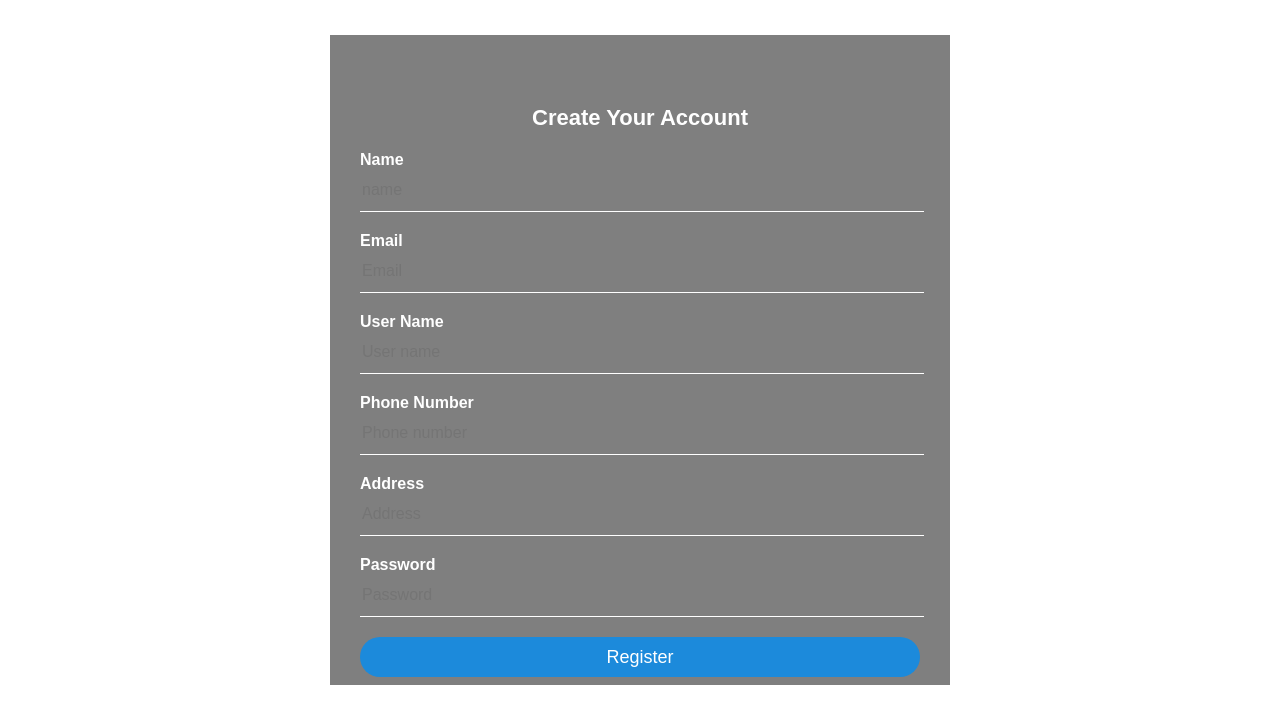
Repository: GamithaManawadu/RentJet-Online-Vehicle-Rental-System
Page: http://localhost/CustomerRegistration/customerinsert.jsp
An editor plug-in stored every save of this project. The page is shown before and after the next save, followed by the edit.
The browser window is 1280 px wide. The pictures show the whole page.
The page is served by Tomcat 9.

Above is the page before, as saved 2020-05-12 11:12:45.

After the next save:
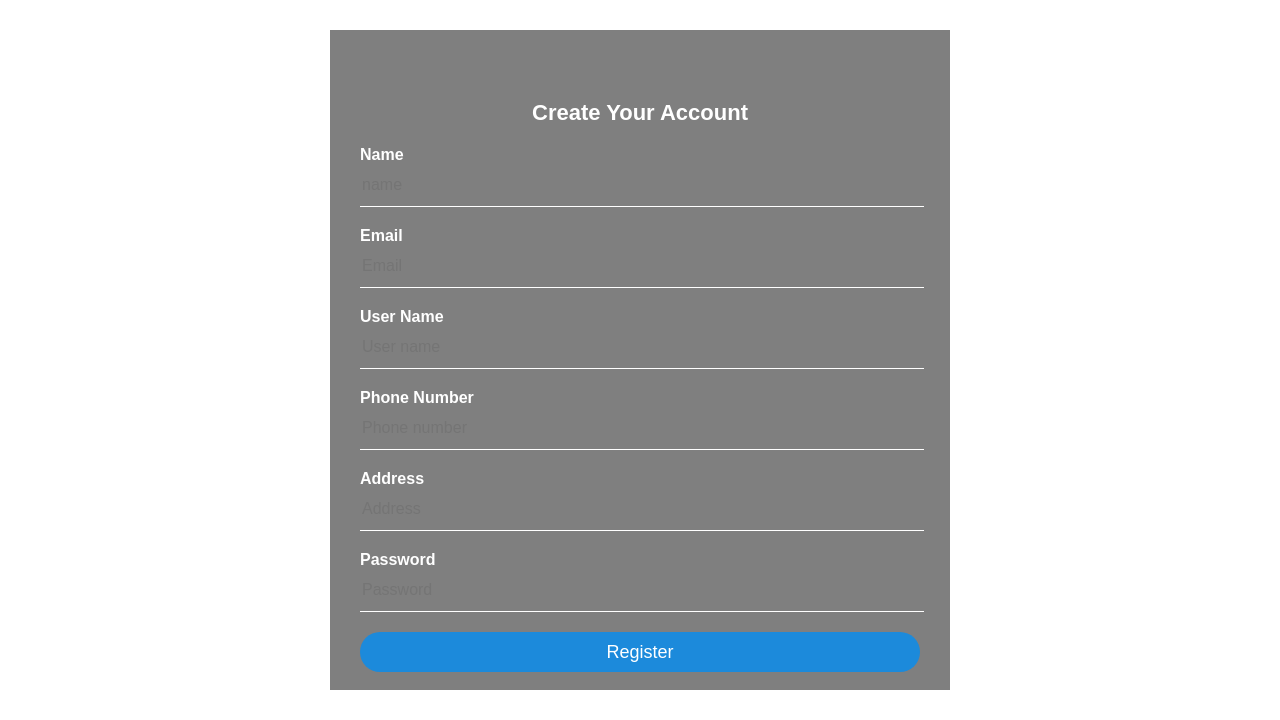
Saved 10 s later.
--- a/CustomerRegistration/WebContent/register.css
+++ b/CustomerRegistration/WebContent/register.css
@@ -9,7 +9,7 @@
 }
 .register-box{
     width: 620px;
-    height: 650px;
+    height: 660px;
     background: rgba(0, 0, 0, 0.5);
     color: #fff;
     top: 50%;
